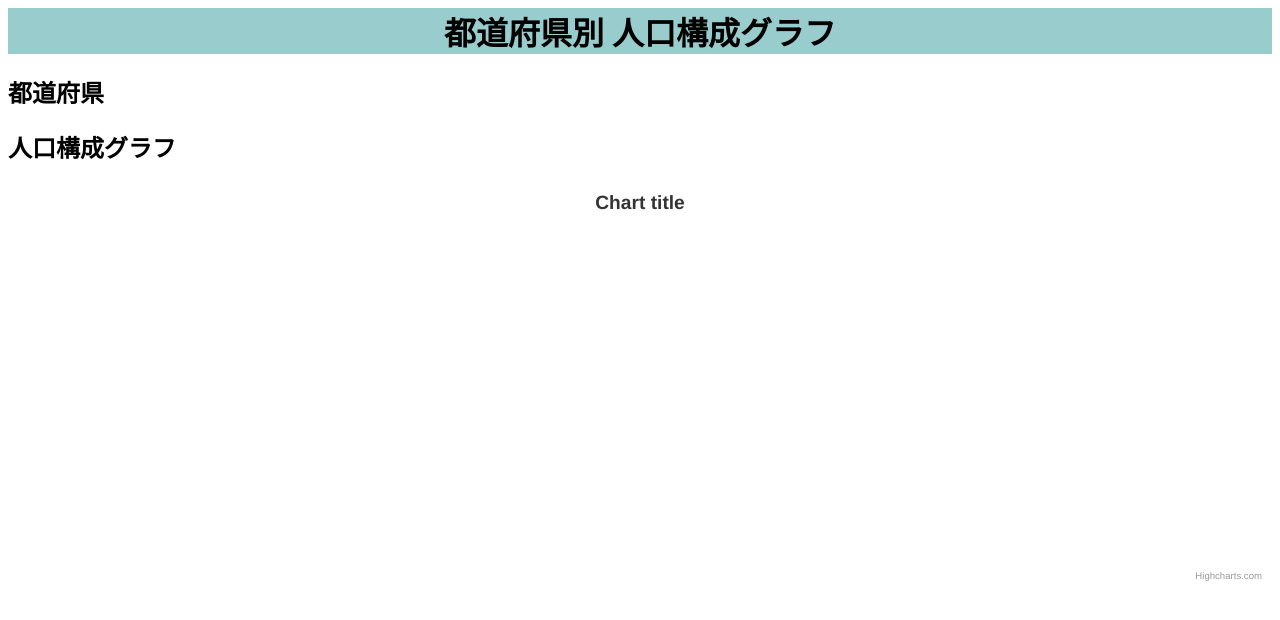
Repository: shisyamoCat/reqriutment-test
Page: /
These files come from the project's save history. The page is drawn as it stood at one moment and after a run of saves; the edit follows.
The browser window is 1280 px wide. The pictures show the whole page.
The page's requests for data from a server got no answer. The project was rebuilt for these pictures with package versions that can differ from the ones it lists, and the page was loaded fresh each time. No one was signed in, and anything a server would have sent is missing. Also part of the build but not shown: src/components/Pref.jsx.

Above is the page before, as saved 2022-07-07 11:52:15.

### src/App.js
import React from 'react';
import Highcharts from 'highcharts';
import HighchartsReact from 'highcharts-react-official';
import { Pref } from './components/index';
import './css/App.css';
import options from './charts.js';

export default class App extends React.Component {
    constructor(props){
        super(props);
        this.state = {
            pref: [],
            btnState: Array(47),
            years: [],
            populations: [],
            series: [],
        };
        this.apiKey = process.env.REACT_APP_API_KEY;
        this.changeButtonState = this.changeButtonState.bind(this);
    }

    // 都道府県のボタンがクリックされたらグラフ表示/非表示を切り替える関数
    changeButtonState(prefId) {
        // ボタンチェック管理配列をコピー
        const _btnState =  this.state.btnState.slice();

        // 総人口APIのURL
        const url = `https://opendata.resas-portal.go.jp/api/v1/population/composition/perYear?cityCode=-&prefCode=${prefId + 1}`;

        // チャックされた都道府県の配列の真偽値を反転
        _btnState[prefId] = !_btnState[prefId];

        if(this.state.btnState){
            fetch(url, { headers: {"X-API-KEY": this.apiKey} })
            .then(res => res.json())
            .then(data => {
                let prefPopulation = [];
                const obj = data.result.data[0];
                Object.keys(obj.data).forEach(elm => {
                    prefPopulation.push(obj.data[elm])
                    console.log(obj.data[elm]);
                });
                // const resTemp = {
                //     prefName: this.state.pref[prefId].prefName,
                //     data: prefPopulation
                // }
                // this.setState({
                //     btnState: _btnState,
                //     series: [this.state.series, resTemp]
                // })
            })
            .catch((error) => {
                return;
            });
        }
        // else{}
    }

    // レンダリング時に都道府県一覧を取得
    componentDidMount() {
        // RESAS-API 都道府県一覧アドレス
        const url = "https://opendata.resas-portal.go.jp/api/v1/prefectures";
        // API-KEYを設定

        fetch(url, { headers: { "X-API-KEY": this.apiKey } })
        .then(response => response.json())
        .then(data => {
            this.setState({pref: data.result})
        });
    };

    render(){
        return (
            <div className="wrapper">
                <header className="header">
                    <h1 className="h1">都道府県別 人口構成グラフ</h1>
                </header>

                <main className='container'>
                    <h2>都道府県</h2>

                    {/* 都道府県別チェックボックス */}
                    <div className="pref-grid">
                        {this.state.pref.map((value,index) =>
                            <Pref
                                prefName={value.prefName}
                                prefId={index}
                                key={index.toString()}
                                btnState={this.state.btnState}
                                onClick={this.changeButtonState}
                            />
                        )}
                    </div>

                    <h2>人口構成グラフ</h2>
                    <HighchartsReact
                        highcharts={Highcharts}
                        options={options}
                    />
                </main>
            </div>
        );
    }
}

### src/components/index.js
export { default as Pref } from './Pref';

### src/css/App.css
.header {
    height: auto;
    background-color: #99cccc;
}

.header .h1 {
    width: -webkit-fit-content;
    width: -moz-fit-content;
    width: fit-content;
    margin: 0 auto;
}

.pref-grid {
    width: 50%;
    margin: 0 auto;
    background-color: bisque;
}


/*# sourceMappingURL=App.css.map */

### src/charts.js
import Highcharts from 'highcharts';

const options = () => {
    Highcharts.chart('container', {
        chart: {
            type: 'line'
        },
        title: {
            text: '都道府県別人口推移'
        },
        xAxis: {
            title: {
                text: '人数'
            }
        },
        yAxis: {
            title: {
                text: 'year'
            }
        },
        series: [{
            name: 'Jane',
            data: [1, 0, 4]
        }, {
            name: 'John',
            data: [5, 7, 3]
        }]
    })
}

export default options

Loaded but not shown: public/index.html (common file); src/index.js (common file)

After the next 6 saves:
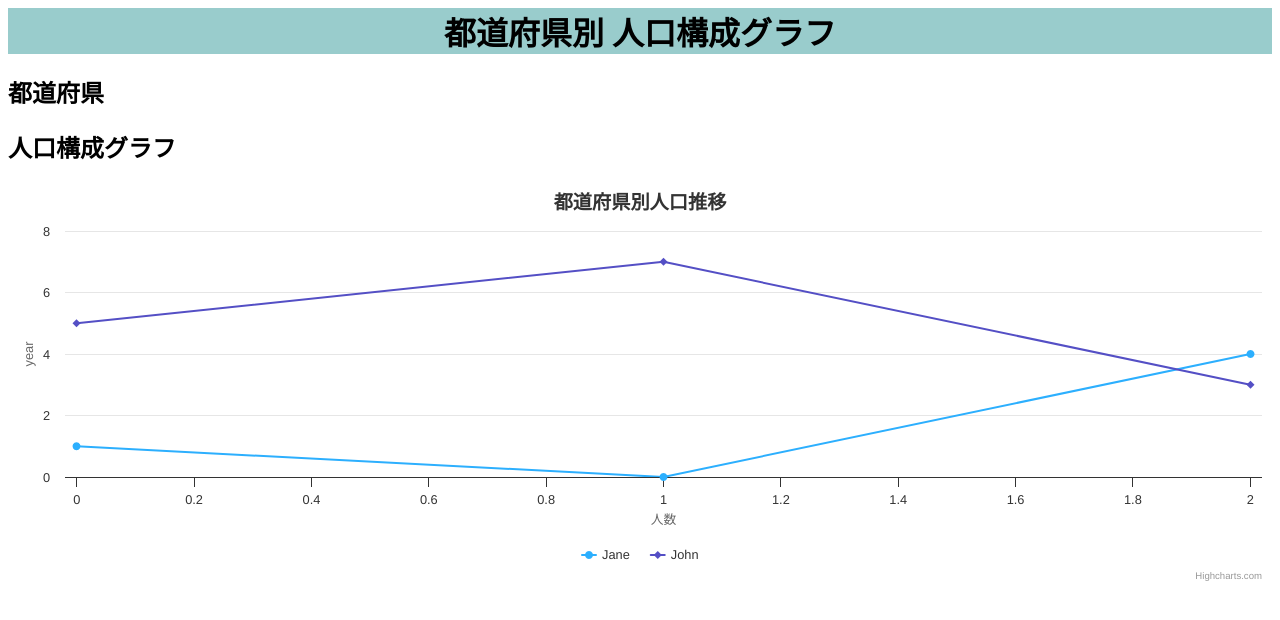
The 6 saves are shown as one change because 5 did not build or start.
The last was saved 3 min 1 s later.
--- a/src/charts.js
+++ b/src/charts.js
@@ -1,7 +1,6 @@
 import Highcharts from 'highcharts';
 
-const options = () => {
-    Highcharts.chart('container', {
+const options = {
         chart: {
             type: 'line'
         },
@@ -25,7 +24,6 @@ const options = () => {
             name: 'John',
             data: [5, 7, 3]
         }]
-    })
 }
 
 export default options
